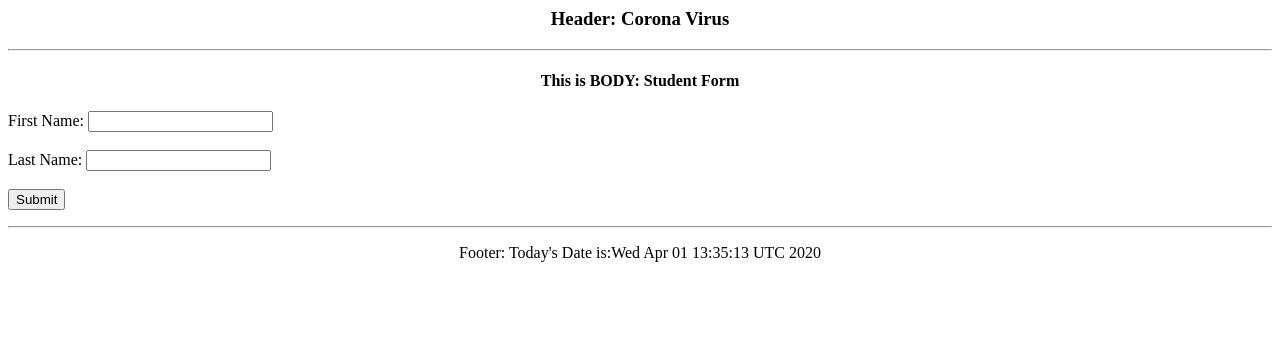
Repository: ZubaerAhmed/2-Corona-virus-eclipse-workspace
Page: http://localhost/CoronaVirus/Corona/main.jsp
An editor plug-in stored every save of this project. The page is shown before and after the next save, followed by the edit.
The browser window is 1280 px wide. The pictures show the whole page.
The page is served by Tomcat 9. Other server files are loaded and not shown.

Above is the page before, as saved 2020-04-01 20:50:47.

### CoronaVirus/WebContent/Corona/main.jsp


<html>
<body>
	<jsp:include page="header.html"></jsp:include>

	<h4 align="center">This is BODY: Student Form</h4>

 	<form action="studentForm.jsp  " >
 	First Name: <input type="text" name="firstName" />
 	<br><br>
 	Last Name:  <input type="text" name="lastName" />

 	<br><br>
 	<input type="submit" value="Submit">
 </form>


	<jsp:include page="footer.jsp"></jsp:include>
</body>

</html>

### CoronaVirus/WebContent/Corona/header.html

<h3 align="center"> Header: Corona Virus</h3>
<hr>

### CoronaVirus/WebContent/Corona/footer.jsp

<hr>
<p align="center">
	Footer: Today's Date is:<%= new java.util.Date()  %>
</p>

After the next save:
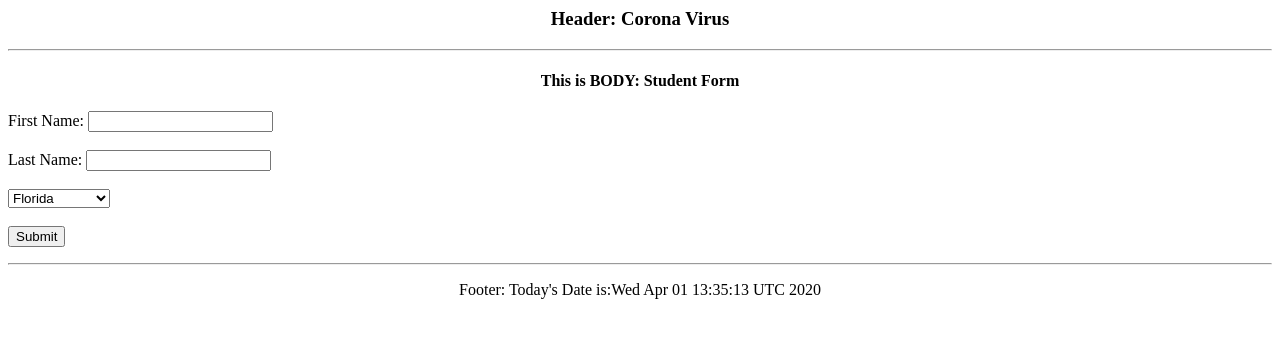
Saved 5 min 6 s later.
--- a/CoronaVirus/WebContent/Corona/main.jsp
+++ b/CoronaVirus/WebContent/Corona/main.jsp
@@ -12,6 +12,12 @@
  	Last Name:  <input type="text" name="lastName" />
 
  	<br><br>
+ 	<select name="country">
+ 		<option>Florida</option>
+ 		<option>Pennsylvania</option>
+ 		<option>California</option>
+ 	</select>
+ 	<br><br>
  	<input type="submit" value="Submit">
  </form>
 
